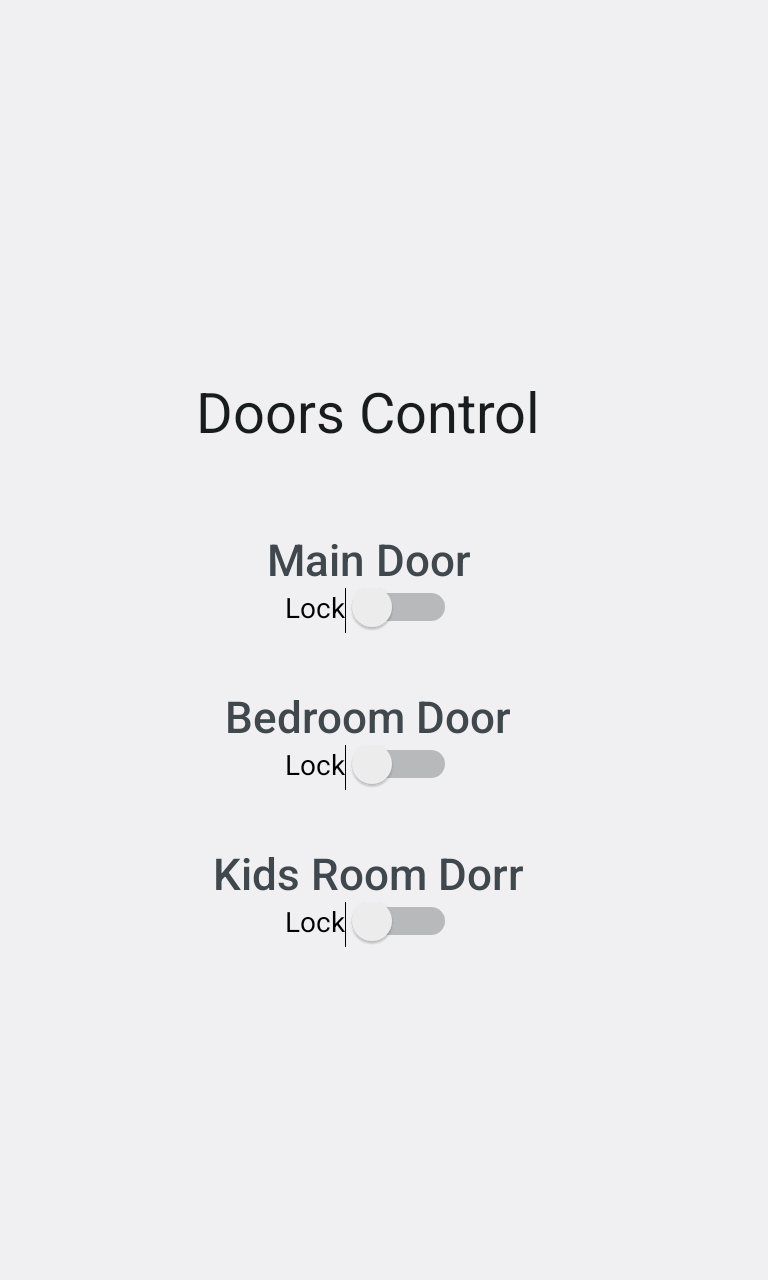
Repository: Teketel/hujeManiita
Layout: workspace/android/Besso/res/layout/door_control.xml
An editor plug-in stored every save of this project. The layout is shown before and after the next save, followed by the edit.
It is drawn on a 768 x 1280 px phone screen (xhdpi) without system bars, with theme AppTheme; the app's code is not run.

Above is the layout before, as saved 2013-05-19 23:34:55.

### workspace/android/Besso/res/layout/door_control.xml
<?xml version="1.0" encoding="utf-8"?>
<LinearLayout xmlns:android="http://schemas.android.com/apk/res/android"
    android:layout_width="fill_parent"
    android:layout_height="wrap_content"
    android:orientation="vertical" >

    <TextView
        android:id="@+id/noConntextView2"
        android:layout_width="fill_parent"
        android:layout_height="wrap_content"
        android:gravity="center"
        android:paddingBottom="20dp"
        android:text="No connection!! Unable to get Status."
        android:textAppearance="?android:attr/textAppearanceLarge"
        android:textColor="@android:color/holo_red_light"
        android:textSize="20dp"
        android:visibility="invisible" />

    <LinearLayout
        android:layout_width="fill_parent"
        android:layout_height="fill_parent"
        android:gravity="center"
        android:orientation="vertical"
        android:paddingLeft="5dp"
        android:paddingRight="20dp" >

        <TextView
            android:id="@+id/textView1"
            android:layout_width="wrap_content"
            android:layout_height="wrap_content"
            android:gravity="center"
            android:paddingBottom="40dp"
            android:text="Doors Control"
            android:textAppearance="?android:attr/textAppearanceLarge"
            android:textSize="28dp" />

        <TextView
            android:id="@+id/userTextView"
            android:layout_width="wrap_content"
            android:layout_height="wrap_content"
            android:text="Main Door"
            android:textAppearance="?android:attr/textAppearanceMedium"
            android:textSize="22dp" />

        <Switch
            android:id="@+id/main_door"
            android:layout_width="wrap_content"
            android:layout_height="wrap_content"
            android:paddingBottom="30dp"
            android:text="Lock" />

        <TextView
            android:id="@+id/emailTextView"
            android:layout_width="wrap_content"
            android:layout_height="wrap_content"
            android:text="Bedroom Door"
            android:textAppearance="?android:attr/textAppearanceMedium"
            android:textSize="22dp" />

        <Switch
            android:id="@+id/bedroom_door"
            android:layout_width="wrap_content"
            android:layout_height="wrap_content"
            android:paddingBottom="30dp"
            android:text="Lock" />

        <TextView
            android:id="@+id/ipTextView"
            android:layout_width="wrap_content"
            android:layout_height="wrap_content"
            android:text="Kids Room Dorr"
            android:textAppearance="?android:attr/textAppearanceMedium"
            android:textSize="22dp" />

        <Switch
            android:id="@+id/kids_room_door"
            android:layout_width="wrap_content"
            android:layout_height="wrap_content"
            android:paddingBottom="30dp"
            android:text="Lock" />
    </LinearLayout>

</LinearLayout>

Loaded but not shown: workspace/android/Besso/res/values/styles.xml (common file); workspace/android/Besso/res/values-v11/styles.xml (common file)

After the next save:
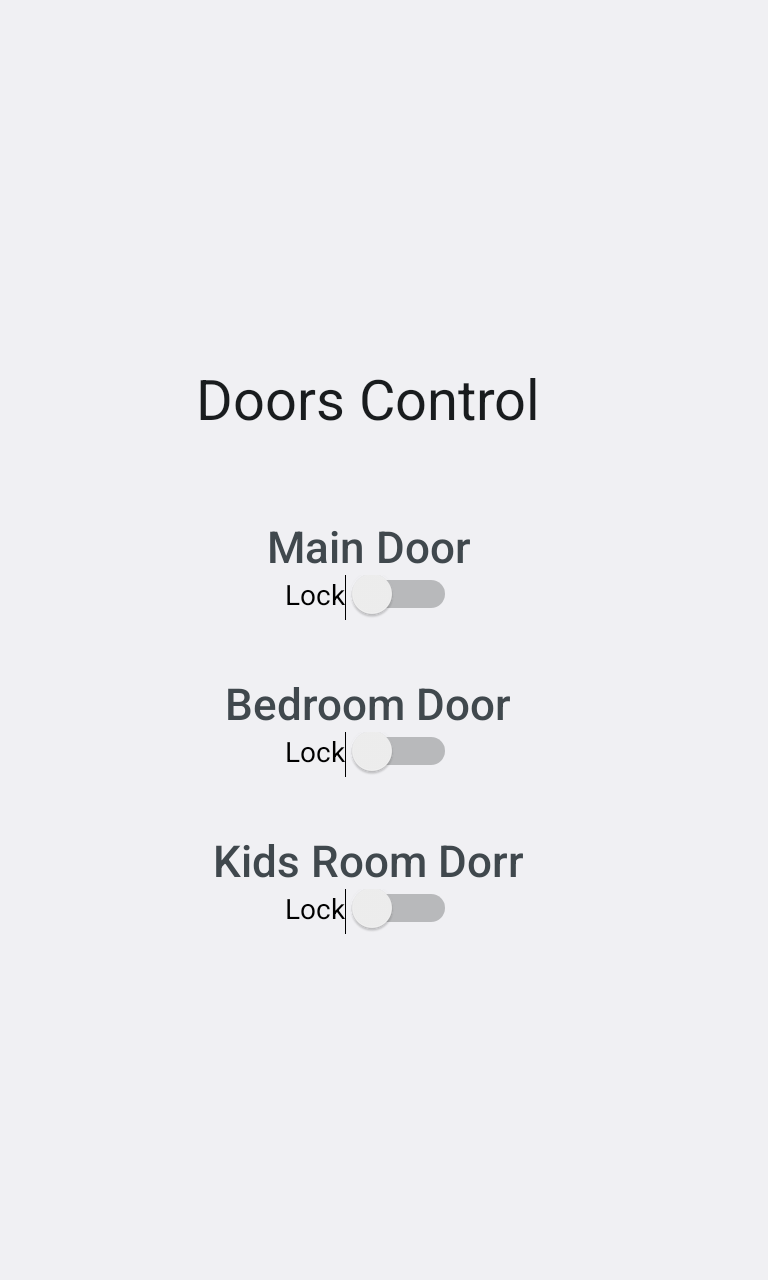
Saved 2 min 21 s later.
--- a/workspace/android/Besso/res/layout/door_control.xml
+++ b/workspace/android/Besso/res/layout/door_control.xml
@@ -13,7 +13,7 @@
         android:text="No connection!! Unable to get Status."
         android:textAppearance="?android:attr/textAppearanceLarge"
         android:textColor="@android:color/holo_red_light"
-        android:textSize="20dp"
+        android:textSize="10dp"
         android:visibility="invisible" />
 
     <LinearLayout
